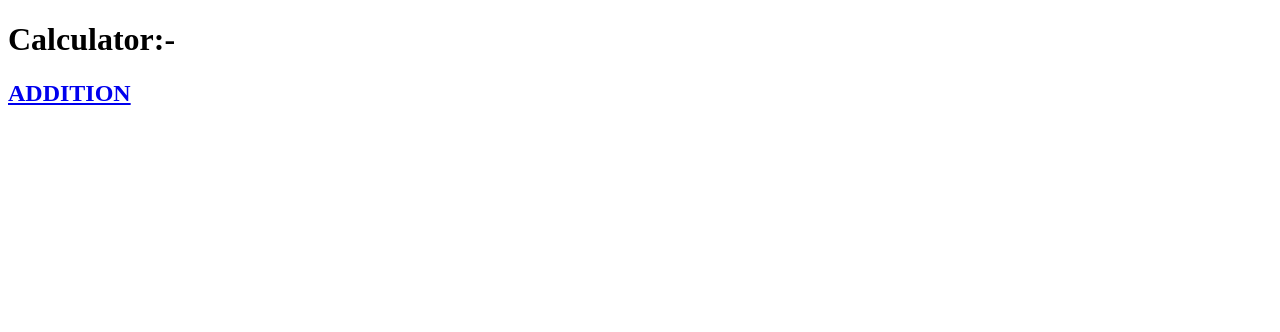
Repository: Dhirajkumar02/Advance-Java--J2EE-
Page: ServletProject_Calculator_App/src/main/webapp/index.html
These files come from the project's save history. The page is drawn as it stood at one moment and after the next save; the edit follows.
The browser window is 1280 px wide. The pictures show the whole page.

Above is the page before, as saved 2024-11-13 11:38:02.

### ServletProject_Calculator_App/src/main/webapp/index.html
<!DOCTYPE html>
<html>
<head>
<meta charset="UTF-8">
<title>Choose Options</title>
</head>
<body>
<h1>Calculator:-</h1>
<h2>
<a href="Addition.html">ADDITION</a>
</h2>

</body>
</html>

After the next save:
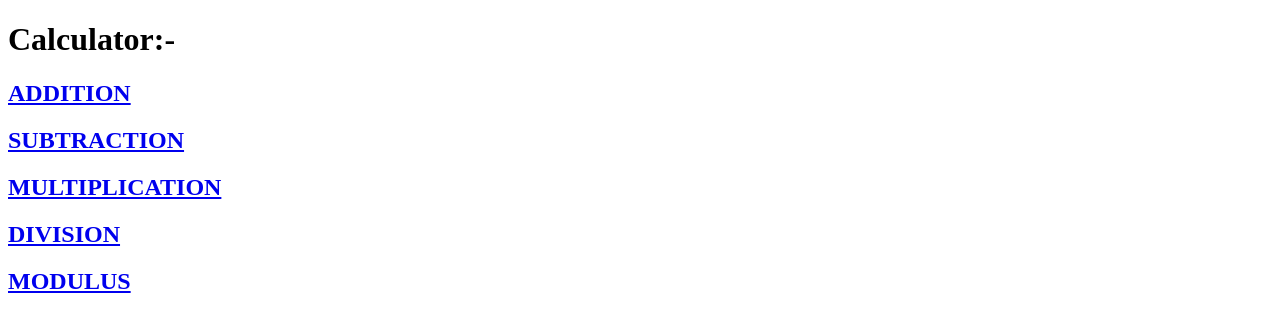
Saved 6 min 10 s later.
--- a/ServletProject_Calculator_App/src/main/webapp/index.html
+++ b/ServletProject_Calculator_App/src/main/webapp/index.html
@@ -9,6 +9,20 @@
 <h2>
 <a href="Addition.html">ADDITION</a>
 </h2>
+<h2>
+<a href="Subtraction.html">SUBTRACTION</a>
+</h2>
+<h2>
+<a href="Multiplication.html">MULTIPLICATION</a>
+</h2>
+<h2>
+<a href="Division.html">DIVISION</a>
+</h2>
+<h2>
+<a href="Remainder.html">MODULUS</a>
+</h2>
+
+
 
 </body>
 </html>
